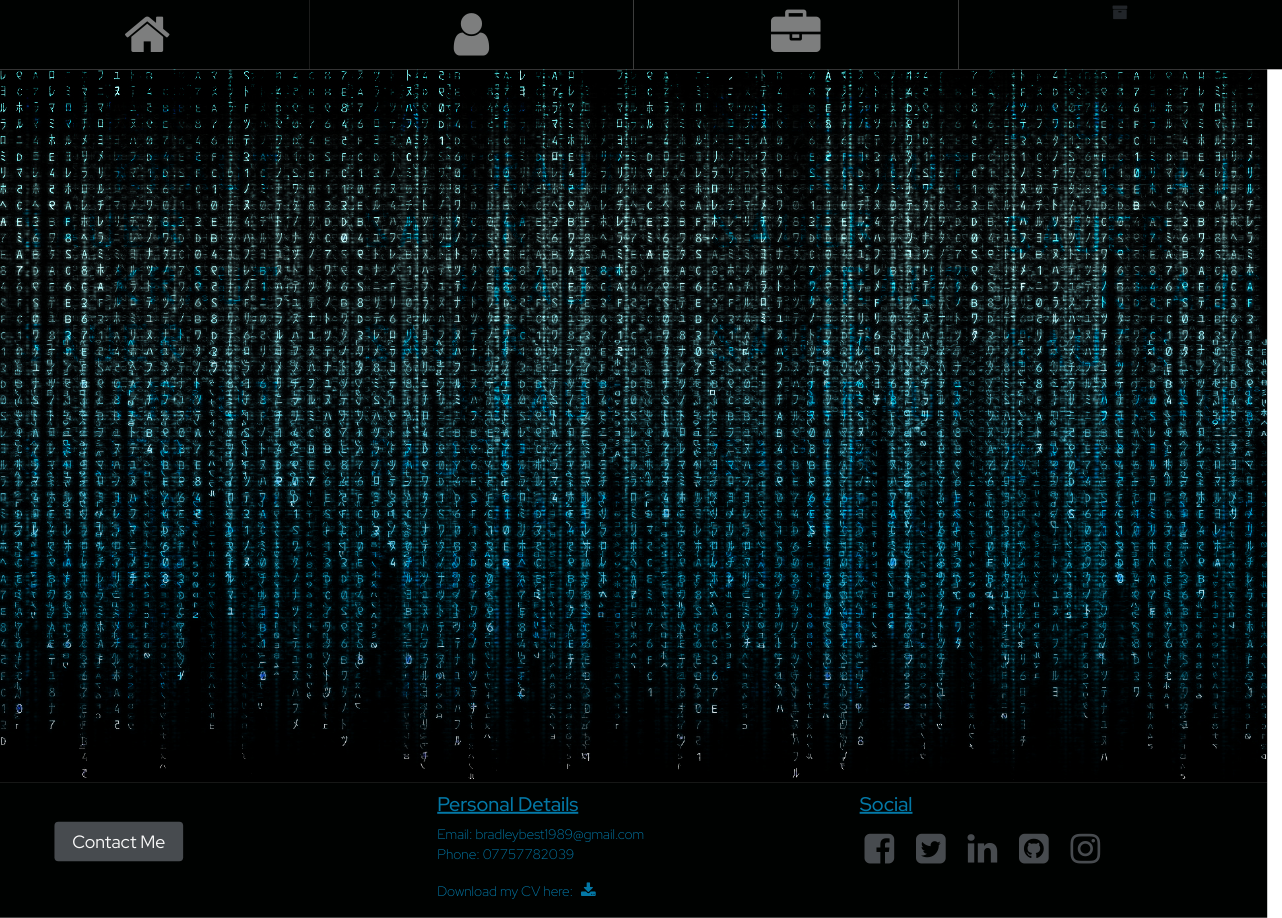
Repository: Brad000/Resume-project
Page: index.html
The author's editor kept a record of every edit. The page is drawn from the files as they stood at one moment, then again after the next edit.
The browser window is 1280 px wide. The page is 1295 px wide, so the pictures cover 1295 px, including what lies to the right of the window. The pictures show the whole page, at 99% of full size.

Above is the page before.

### index.html
<!DOCTYPE html>
<html lang="en">

<head>
    <meta charset="UTF-8">
    <meta name="viewport" content="width=device-width, initial-scale=1.0">
    <meta http-equiv="X-UA-Compatible" content="ie=edge">
    <link rel="stylesheet" href="https://stackpath.bootstrapcdn.com/bootstrap/4.3.1/css/bootstrap.min.css" type="text/css" />
    <link rel="stylesheet" href="https://stackpath.bootstrapcdn.com/font-awesome/4.7.0/css/font-awesome.min.css" type="text/css" />
    <link rel="stylesheet" href="assets/css/style.css" type="text/css" />
    <link rel="stylesheet" href="https://cdnjs.cloudflare.com/ajax/libs/hover.css/2.3.1/css/hover-min.css" type="text/css" />
    <title>Bradley Best - Full Stack Web Developer</title>
</head>

<body>
    <header>
        <div class="row">
            <div class="col-3 nav-item">
                <i class="fa fa-home"></i>
            </div>
            <div class="col-3 nav-item">
                <i class="fa fa-user"></i>
            </div>
            <div class="col-3 nav-item">
                <i class="fa fa-briefcase"></i>
            </div>
            <div class="col-3 nav-item">
                <i class="fa fa-archive"></i>
            </div>
        </div>
        <div class="row">
            <div class="col-12 container-fluid">
                <img src="assets/images/code.jpg" class="img-fluid background" alt="Responsive image">
            </div>
        </div>
    </header>
    <footer class="container-fluid">
        <div class="row" id="footer-details">
            <div class="col-sm-4">
                <button type="button" class="btn btn-secondary contact-button" data-toggle="modal" data-target="#exampleModal">Contact Me</button>
            </div>
            <div class="col-sm-4 footer-headings">
                <h5 class="sub-headings">Personal Details</h5>
                <div class="key">
                    <p class="personal-info-text">
                        Email: bradleybest1989@gmail.com
                    </p>
                </div>
                <div class="personal-info-text">
                    <p>
                        Phone: 07757782039
                    </p>
                </div>
                <div class="personal-info-text">
                    <p class="cv-text">Download my CV here:
                        <span><a href="assets/cv/CV.pdf" target="_blank" class="cv-pdf"></a>
                        <i class="fa fa-download cv-link" aria-hidden="true"></i>
                        </span>
                    </p>
                </div>
            </div>
            <div class="col-sm-4">
                <h5 class="footer-headings sub-headings">Social</h5>
                <ul class="list-inline">
                    <li class="list-inline-item social-links">
                        <a target="_blank" href="https://www.facebook.com/profile.php?id=100010751790168">
                            <i class="fa fa-facebook-square" aria-hidden="true"></i>
                            <span class="sr-only">Facebook</span>
                        </a>
                    </li>
                    <li class="list-inline-item social-links">
                        <a target="_blank" href="https://twitter.com/BradleyBest28">
                            <i class="fa fa-twitter-square" aria-hidden="true"></i>
                            <span class="sr-only">Twitter</span>
                        </a>
                    </li>
                    <li class="list-inline-item social-links">
                        <a target="_blank" href="https://www.linkedin.com/in/bradley-best-b56072188/">
                            <i class="fa fa-linkedin" aria-hidden="true"></i>
                            <span class="sr-only">Linkedin</span>
                        </a>
                    </li>
                    <li class="list-inline-item social-links">
                        <a target="_blank" href="https://github.com/Brad000/Resume-project">
                            <i class="fa fa-github-square" aria-hidden="true"></i>
                            <span class="sr-only">GitHub</span>
                        </a>
                    </li>
                    <li class="list-inline-item social-links">
                        <a target="_blank" href="https://www.instagram.com/brad_best0/?hl=en">
                            <i class="fa fa-instagram" aria-hidden="true"></i>
                            <span class="sr-only">Instagram</span>
                        </a>
                    </li>
                </ul>
            </div>
        </div>
    </footer>
</body>

</html>

### assets/css/style.css
@import url('https://fonts.googleapis.com/css?family=Red+Hat+Display:100,200,300,400,500,600,700');

/*-----------------Nav----------------------*/

.nav-container {

height: 100vh;
}

.background {
  height: 100vh;
  width: 100vw;
}

.nav-item {
  height: 70px;
  background-color: #000201;
  text-align: center;
}

.fa-home, .fa-user, .fa-briefcase{
  font-size: 50px;
  color: #fafafa;
  opacity: 0.5;
  padding: 10px;
}

/*-----------------Text-------------------*/

.sub-headings {
  padding-top: 10px;
  text-decoration: underline;
}


/*-----------------Footer-------------------*/


footer {
  background-color: #000201;
  color: #0378A6;
  min-height: 130px;
  margin: 0;
  font-size: 18px;
  font-family: 'Red Hat Display', sans-serif;
  font-weight: 300;

}

.contact-button {
  width: 130px;
  border: 0;
  height: 40px;
  margin: 40px;
  text-align: center;
  font-size: 18px;
  color: #fafafa;
  background: #474b4f;
  transition: background 0.5s ease-in-out;
  -moz-transition: background 0.5s ease-in-out;
  -webkit-transition: background 0.5s ease-in-out;
  -o-transition: background 0.5s ease-in-out;
}

.contact-button:hover {
  background-color: #04C4D9;
}

.personal-info-text {
  margin: 0;
  font-size: 14px;
  font-weight: 200;
}

.cv-link {
  margin-left: 5px;
  font-size: 16px;
  color: #0378A6;
  transition: color 0.5s ease-in-out;
  -moz-transition: color 0.5s ease-in-out;
  -webkit-transition: color 0.5s ease-in-out;
  -o-transition: color 0.5s ease-in-out;
}

.cv-link:hover {
  color: #025E73;
  cursor: pointer;
}

.social-links a {
  color: #474b4f;
  font-size: 35px;
  padding: 5px;
  transition: color 0.5s ease-in-out;
  -moz-transition: color 0.5s ease-in-out;
  -webkit-transition: color 0.5s ease-in-out;
  -o-transition: color 0.5s ease-in-out;
}

.social-links a:hover {
  color: #04C4D9;
}

/*-----------------Media Queries-------------------*/

@media(max-width: 575px) {
  .contact-button {
    margin: 10px 0px 0px 0px;
  }
}

After the next edit:
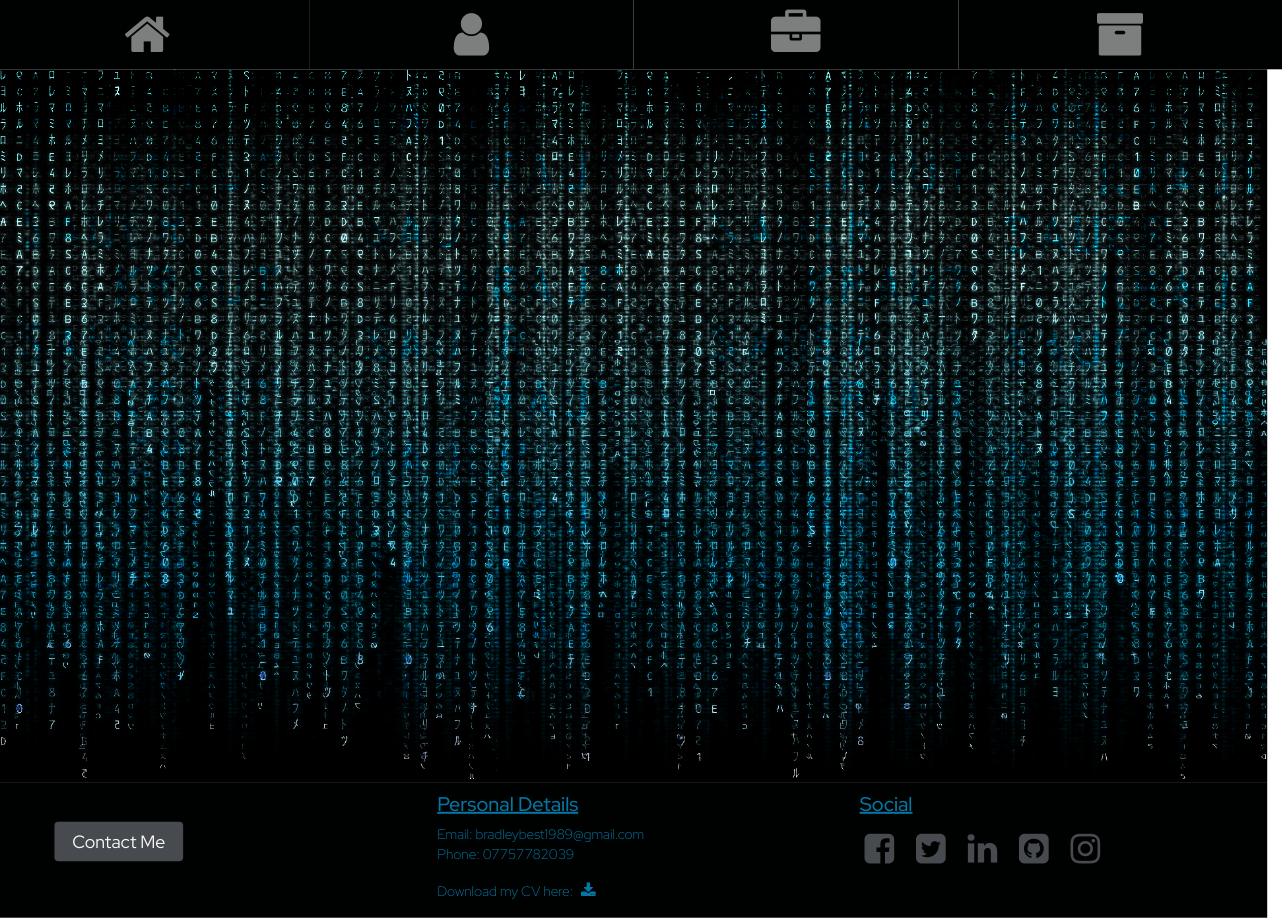
The edit:
--- a/assets/css/style.css
+++ b/assets/css/style.css
@@ -18,7 +18,7 @@
   text-align: center;
 }
 
-.fa-home, .fa-user, .fa-briefcase{
+.fa-home, .fa-user, .fa-archive, .fa-briefcase{
   font-size: 50px;
   color: #fafafa;
   opacity: 0.5;
